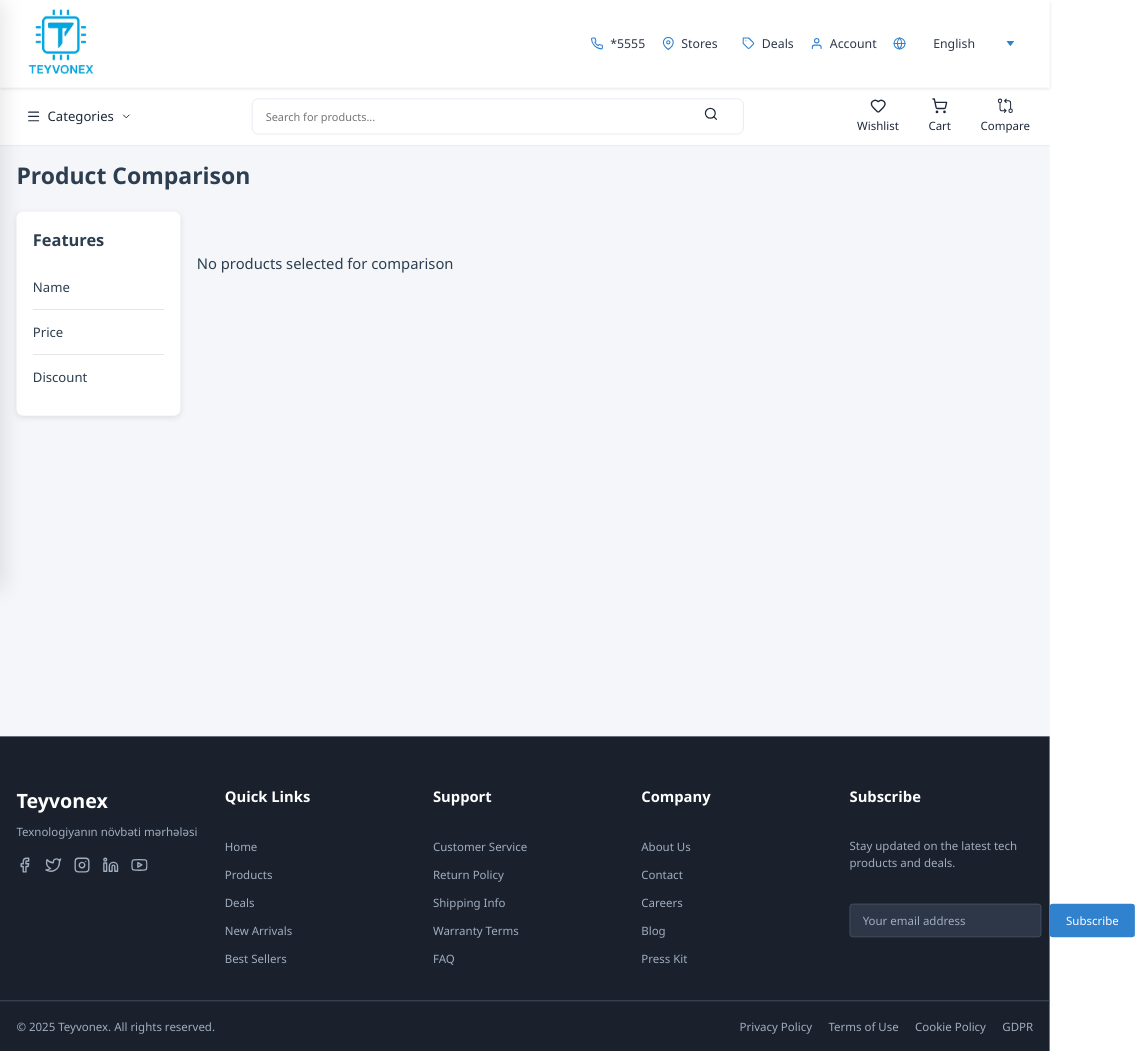
Repository: ferhadsultan98/e-commerce
Page: /compare
An editor plug-in stored every save of this project. The page is shown before and after the next save, followed by the edit.
The browser window is 1280 px wide. The page is 1384 px wide, so the pictures cover 1384 px, including what lies to the right of the window. The pictures show the whole page, at 82% of full size.
The page's requests for data from a server got no answer. The project was rebuilt for these pictures with package versions that can differ from the ones it lists, and the page was loaded fresh each time. No one was signed in, and anything a server would have sent is missing. Also part of the build but not shown: vite.config.js, src/admin/Components/AdminLogin/AdminLogin.scss, src/admin/Components/AdminLogin/AdminLogin.jsx, src/client/Pages/Products/ProductCard.jsx, src/client/Pages/Products/Products.jsx, src/client/Styles/TechSlider.scss, src/client/Pages/TechSlider/TechSlider.jsx, src/client/Styles/ProductFeatures.scss and 36 more.

Above is the page before, as saved 2025-04-26 21:01:18.

### index.html
<!doctype html>
<html lang="en">
  <head>
    <meta charset="UTF-8" />
<link rel="shortcut icon" href="/src/client/Assets/bluelogo.png" type="image/x-icon">
    <meta name="viewport" content="width=device-width, initial-scale=1.0" />
    <title>Teyvonex</title>
  </head>
  <body>
    <div id="root"></div>
    <script type="module" src="/src/main.jsx"></script>
  </body>
</html>

### src/App.jsx
import React, { useState, useEffect } from "react";
import "./App.scss";
import Router from "./Router";
import ChatWidget from "./client/Components/Chat/ChatWidget";
import ScrollButton from "./client/Components/ScrollButton/ScrollButton";
import { ToastContainer } from "react-toastify";
import 'react-toastify/dist/ReactToastify.css';

function App() {
  const [isAuthenticated, setIsAuthenticated] = useState(
    sessionStorage.getItem("isAuthenticated") === "true"
  );
  const [isAdmin, setIsAdmin] = useState(
    sessionStorage.getItem("isAdmin") === "true"
  );

  useEffect(() => {
    sessionStorage.setItem("isAuthenticated", isAuthenticated.toString());
    sessionStorage.setItem("isAdmin", isAdmin.toString());
  }, [isAuthenticated, isAdmin]);

  const handleLogin = (admin = false) => {
    setIsAuthenticated(true);
    if (admin) {
      setIsAdmin(true);
    }
  };

  const handleLogout = () => {
    setIsAuthenticated(false);
    setIsAdmin(false);
    sessionStorage.removeItem("isAuthenticated");
    sessionStorage.removeItem("isAdmin");
  };

  return (
    <>
      <Router
        isAuthenticated={isAuthenticated}
        isAdmin={isAdmin}
        handleLogin={handleLogin}
        handleLogout={handleLogout}
      />

      <ScrollButton />
      <ToastContainer />
    </>
  );
}

export default App;

### src/App.scss
*{
  margin: 0;
  padding: 0;
  box-sizing: border-box;
  font-family: 'Segoe UI', Tahoma, Geneva, Verdana, sans-serif;
}
body{
  background-color: #f5f7fa;
}

### src/client/Components/ScrollButton/ScrollButton.jsx
import React, { useState, useEffect } from "react";
import "../../Styles/ScrollButton.scss";
import { FaChevronUp } from "react-icons/fa";

const ScrollButton = () => {
  const [isVisible, setIsVisible] = useState(false);

  // Butonun görünürlüğünü kontrol et
  useEffect(() => {
    const toggleVisibility = () => {
      if (window.pageYOffset > 300) {
        setIsVisible(true);
      } else {
        setIsVisible(false);
      }
    };

    window.addEventListener("scroll", toggleVisibility);
    return () => window.removeEventListener("scroll", toggleVisibility);
  }, []);

  const scrollToTop = () => {
    const scrollStep = (timestamp) => {
      const start = performance.now();
      const duration = 800; // Animasyon süresi (ms)
      const easeInOutQuad = (t) => (t < 0.5 ? 2 * t * t : -1 + (4 - 2 * t) * t);

      const step = () => {
        const progress = Math.min((performance.now() - start) / duration, 1);
        const easing = easeInOutQuad(progress);
        window.scrollTo(0, (1 - easing) * window.pageYOffset);

        if (progress < 1) {
          requestAnimationFrame(step);
        }
      };

      requestAnimationFrame(step);
    };

    requestAnimationFrame(scrollStep);
  };

  return (
    <>
      {isVisible && (
        <button className="scroll-to-top" onClick={scrollToTop}>
          <FaChevronUp />
        </button>
      )}
    </>
  );
};

export default ScrollButton;

### src/client/Components/Layout/Layout.jsx
// Layout.jsx
import React from 'react';
import TopHeader from '../Header/TopHeader';
import BottomHeader from '../Header/BottomHeader';
import Footer from '../Footer/Footer';

const Layout = ({ children, onLogout, wishlistItems, cartItems, onAddToWishlist, onAddToCart }) => {
  return (
    <>
      <TopHeader onLogout={onLogout} />
      <BottomHeader
        wishlistItems={wishlistItems}
        cartItems={cartItems}
        onAddToWishlist={onAddToWishlist}
        onAddToCart={onAddToCart}
      />
      {children}
      <Footer />
    </>
  );
};

export default Layout;

### src/client/Components/ScrollToTop/ScrollToTop.jsx
import { useEffect } from "react";
import { useLocation } from "react-router-dom";

function ScrollToTop() {
  const { pathname } = useLocation();

  useEffect(() => {
    window.scrollTo({
      top: "0",
      behavior: "smooth",
    });
  }, [pathname]);

  return null;
}

export default ScrollToTop;

### src/client/Pages/ComparePage/ComparePage.jsx
// src/client/Pages/ComparePage/ComparePage.jsx
import React, { useState, useEffect } from 'react';
import { db, ref, get } from '../../../server/server';
import '../../Styles/ComparePage.scss';

const ComparePage = ({ compareItems, onRemoveFromCompare }) => {
  const [categories, setCategories] = useState([]);
  const [selectedCategory, setSelectedCategory] = useState('');
  const [differentCategories, setDifferentCategories] = useState(false);

  // Fetch categories from Firebase
  useEffect(() => {
    const fetchData = async () => {
      try {
        const categoriesRef = ref(db, 'categories');
        const categoriesSnapshot = await get(categoriesRef);

        if (categoriesSnapshot.exists()) {
          setCategories(categoriesSnapshot.val());
        }
      } catch (error) {
        console.error('Error fetching data:', error);
      }
    };
    fetchData();
  }, []);

  // Check if products are from different categories
  useEffect(() => {
    const uniqueCategories = new Set(compareItems.map(item => item.category));
    setDifferentCategories(uniqueCategories.size > 1);

    if (uniqueCategories.size === 1) {
      setSelectedCategory([...uniqueCategories][0]);
    } else {
      setSelectedCategory('');
    }
  }, [compareItems]);

  // Get all unique specification keys
  const getSpecKeys = () => {
    const specKeys = new Set();
    compareItems.forEach(product => {
      Object.keys(product.specifications || {}).forEach(key => specKeys.add(key));
    });
    return Array.from(specKeys);
  };

  // Compare specification values to determine similarity
  const compareSpecs = (key) => {
    const values = compareItems.map(product => product.specifications[key] || 'N/A');
    const allSame = values.every((val, i, arr) => val === arr[0]);
    return { values, allSame };
  };

  return (
    <div className="compare-page">
      <div className="compare-header">
        <h1>Product Comparison</h1>
        {differentCategories && (
          <div className="category-selector">
            <label htmlFor="category-select">Category: </label>
            <select
              id="category-select"
              value={selectedCategory}
              onChange={(e) => setSelectedCategory(e.target.value)}
            >
              <option value="">All Categories</option>
              {categories.map(category => (
                <option key={category.id} value={category.id}>
                  {category.name}
                </option>
              ))}
            </select>
          </div>
        )}
      </div>

      <div className="compare-content">
        <div className="features-column">
          <h3>Features</h3>
          <ul>
            <li className="feature-item">Name</li>
            <li className="feature-item">Price</li>
            <li className="feature-item">Discount</li>
            {getSpecKeys().map(key => (
              <li key={key} className="feature-item">
                {key.charAt(0).toUpperCase() + key.slice(1)}
              </li>
            ))}
          </ul>
        </div>

        <div className="products-column">
          <div className="product-list">
            {compareItems.length === 0 ? (
              <div className="empty-message">No products selected for comparison</div>
            ) : (
              compareItems
                .filter(product => !selectedCategory || product.category === selectedCategory)
                .map(product => (
                  <div key={product.id} className="product-card">
                    <div className="product-header">
                      <img src={product.image} alt={product.name} className="product-image" />
                      <button
                        className="remove-button"
                        onClick={() => onRemoveFromCompare(product.id)}
                      >
                        ✕
                      </button>
                    </div>
                    <div className="product-details">
                      <div className="detail-item">{product.name}</div>
                      <div className="detail-item">
                        {product.price} ₼ {product.discount && <span className="discount">({product.discount}% off)</span>}
                      </div>
                      <div className="detail-item">{product.discount || 'N/A'}</div>
                      {getSpecKeys().map(key => {
                        const { values, allSame } = compareSpecs(key);
                        const value = product.specifications[key] || 'N/A';
                        return (
                          <div
                            key={key}
                            className={`detail-item ${allSame && values[0] !== 'N/A' ? 'similar' : 'different'}`}
                          >
                            {value}
                          </div>
                        );
                      })}
                    </div>
                  </div>
                ))
            )}
          </div>
        </div>
      </div>
    </div>
  );
};

export default ComparePage;

### src/server/server.jsx
import { initializeApp } from "firebase/app";
import { getAuth, signInWithEmailAndPassword, signOut } from "firebase/auth";
import { getDatabase, ref, get } from "firebase/database";

// Firebase yapılandırma nesnesi
const firebaseConfig = {
  apiKey: "AIzaSyDEIrZLNzTa1p0Ct5gdnlhmZ9i8dx_0ldQ",
  authDomain: "e-commerce-c80cb.firebaseapp.com",
  databaseURL: "https://e-commerce-c80cb-default-rtdb.firebaseio.com", // <- BURADA databaseURL əlavə olundu!
  projectId: "e-commerce-c80cb",
  storageBucket: "e-commerce-c80cb.appspot.com",
  messagingSenderId: "860168402050",
  appId: "1:860168402050:web:8f6a47b7205814ce79b09b",
  measurementId: "G-2N2DQRXSTV"
};

// Firebase tətbiqini başlat
const app = initializeApp(firebaseConfig);

// Servisləri başlat
const auth = getAuth(app);
const db = getDatabase(app);

// Export
export {
  app,
  auth,
  db,
  signInWithEmailAndPassword,
  signOut,
  ref,
  get
};

### src/admin/Components/AdminLayout/AdminLayout.scss
// AdminLayout.scss
@import url("https://fonts.googleapis.com/css2?family=Poppins:wght@300;400;500;600;700&display=swap");
@import url("https://fonts.googleapis.com/icon?family=Material+Icons");

// Değişkenler
$primary-color: #3366ff;
$background-color: #f5f7fb;
$transition: all 0.3s ease;
$sidebar-width: 260px;
$sidebar-closed-width: 70px;

.admin-layout {
  display: flex;
  height: 100vh;
  position: relative;
}

.content-area {
  flex: 1;
  margin-left: $sidebar-width;
  transition: $transition;
  overflow-y: auto;
  padding: 20px;

  &.expanded {
    margin-left: $sidebar-closed-width;
  }
}

@media (max-width: 992px) {
  .content-area {
    margin-left: $sidebar-closed-width;

    &.expanded {
      margin-left: 0;
    }
  }
}

### src/client/Styles/TopHeader.scss
.header {
  width: 100%;
  top: 0;
  background-color: #ffffff;
  box-shadow: 0 2px 4px rgba(0, 0, 0, 0.1);
  position: relative;
}

.headerContainer {
  margin: 0 auto;
  display: flex;
  align-items: center;
  justify-content: space-between;
  padding: 10px 35px;
}

.headerLogo {
  display: flex;
  align-items: center;
  width: 80px;

  a {
    display: block;
  }

  img {
    width: 100%;
    height: auto;
    padding: 0;
  }
}

.headerNav {
  display: flex;
  align-items: center;
  gap: 30px;

  @media screen and (max-width: 992px) {
    display: none;
  }
}

.headerContact,
.headerUtils,
.headerMobileContact,
.headerMobileUtils {
  display: flex;
  align-items: center;
  gap: 20px;
}

.headerLink {
  display: flex;
  align-items: center;
  gap: 8px;
  color: #2d3748;
  text-decoration: none;
  font-size: 15px;
  font-weight: 500;
  transition: color 0.3s ease;

  svg {
    color: #3182ce;
  }

  &:hover {
    color: #3182ce;
  }
}

.headerLanguage {
  display: flex;
  align-items: center;
  gap: 8px;
  position: relative;

  svg {
    color: #3182ce;
    z-index: 1;
  }

  select {
    appearance: none;
    background-color: transparent;
    border: none;
    padding: 5px 25px 5px 25px;
    font-size: 15px;
    font-weight: 500;
    color: #2d3748;
    cursor: pointer;
    outline: none;

    &:focus {
      color: #3182ce;
    }
  }

  &::after {
    content: "";
    width: 0.6em;
    height: 0.4em;
    background-color: #3182ce;
    clip-path: polygon(100% 0%, 0 0%, 50% 100%);
    position: absolute;
    right: 8px;
    pointer-events: none;
  }
}

.headerMobileToggle {
  display: none;
  background: none;
  border: none;
  cursor: pointer;
  color: #2d3748;

  @media screen and (max-width: 992px) {
    display: block;
  }
}

.headerMobileNav {
  display: flex;
  opacity: 0;
  transform: translateY(-20px);
  pointer-events: none;
  background-color: #ffffff;
  padding: 20px;
  flex-direction: column;
  gap: 20px;
  box-shadow: 0 4px 6px rgba(0, 0, 0, 0.1);
  transition: opacity 0.3s ease, transform 0.3s ease;
  position: absolute;
  top: 100%;
  left: 0;
  right: 0;
  z-index: 1000;

  &.active {
    opacity: 1;
    transform: translateY(0);
    pointer-events: auto;
  }

  @media screen and (min-width: 993px) {
    display: none;
  }
}

/* Responsive Styles */
@media screen and (max-width: 768px) {
  .headerContainer {
    padding: 10px 15px;
  }

  .headerLogo img {
    width: 50px;
  }

  .headerMobileNav {
    padding: 15px;
  }

  .headerLink {
    font-size: 14px;
  }
}

@media screen and (max-width: 576px) {
  .headerLogo img {
    width: 45px;
  }

  .headerMobileContact,
  .headerMobileUtils {
    flex-direction: column;
    align-items: flex-start;
    gap: 15px;
  }

  .headerLink {
    font-size: 13px;
  }

  .headerLanguage select {
    font-size: 13px;
  }
}

Loaded but not shown: src/main.jsx (common file); src/index.css (common file); src/client/Pages/Products/Products.json (1077 lines, source omitted); src/Router.jsx (342 lines, source omitted); src/client/Components/Header/BottomHeader.jsx (276 lines, source omitted); src/client/Styles/BottomHeader.scss (491 lines, source omitted); src/client/Styles/Products.scss (474 lines, source omitted); src/admin/Pages/AdminProducts/AdminProducts.scss (400 lines, source omitted); src/client/Components/Footer/Footer.jsx (176 lines, source omitted); src/client/Styles/ComparePage.scss (213 lines, source omitted); src/client/Styles/Footer.scss (254 lines, source omitted); src/client/Components/Header/TopHeader.jsx (114 lines, source omitted)

After the next save:
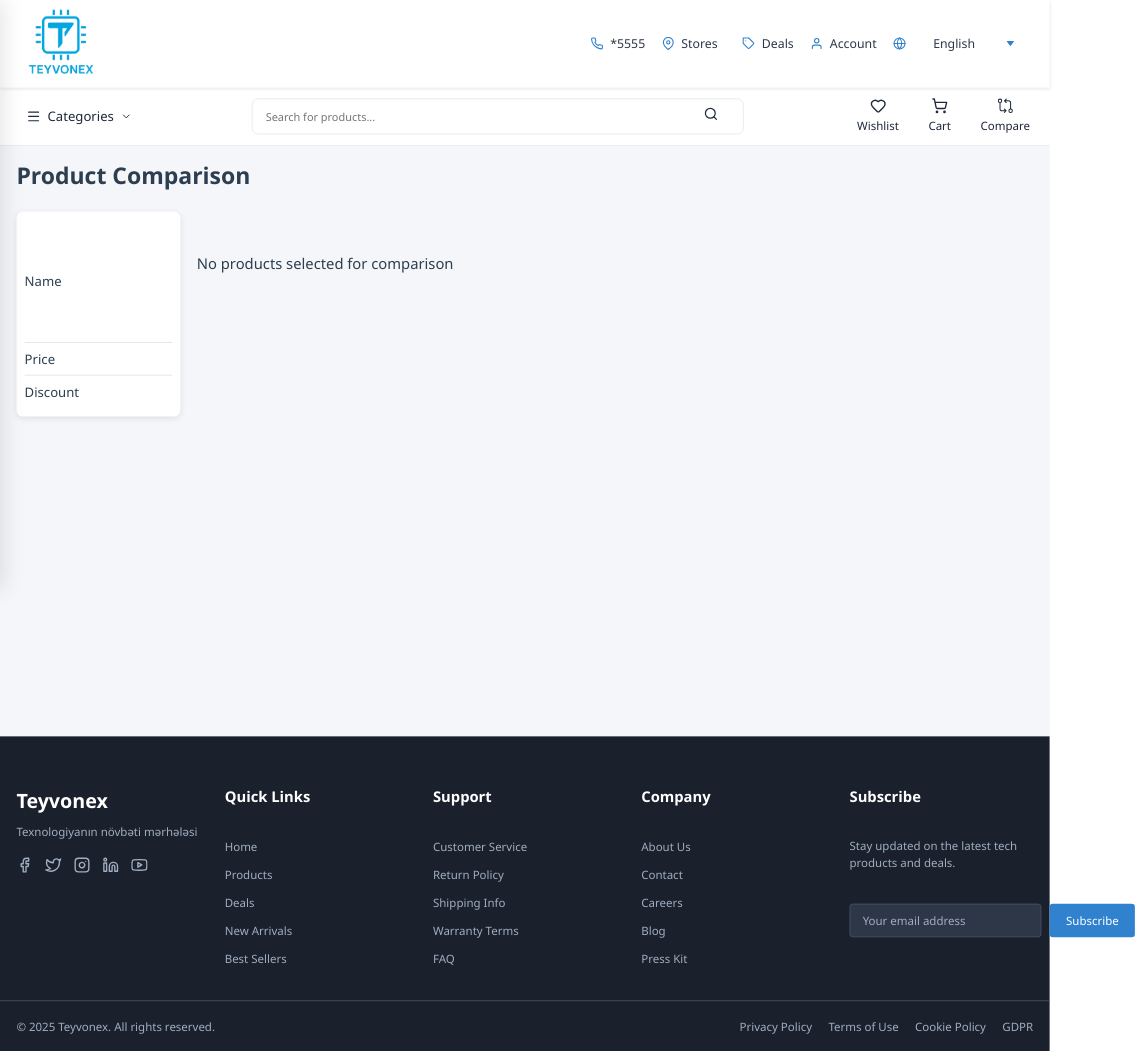
Saved 56 min 45 s later.
--- a/src/client/Pages/ComparePage/ComparePage.jsx
+++ b/src/client/Pages/ComparePage/ComparePage.jsx
@@ -1,4 +1,3 @@
-// src/client/Pages/ComparePage/ComparePage.jsx
 import React, { useState, useEffect } from 'react';
 import { db, ref, get } from '../../../server/server';
 import '../../Styles/ComparePage.scss';
@@ -25,7 +24,7 @@ const ComparePage = ({ compareItems, onRemoveFromCompare }) => {
     fetchData();
   }, []);
 
-  // Check if products are from different categories
+  // Check if products are from different categories and set the default category
   useEffect(() => {
     const uniqueCategories = new Set(compareItems.map(item => item.category));
     setDifferentCategories(uniqueCategories.size > 1);
@@ -53,20 +52,25 @@ const ComparePage = ({ compareItems, onRemoveFromCompare }) => {
     return { values, allSame };
   };
 
+  // Filter categories to only show those present in compareItems
+  const relevantCategories = categories.filter(category =>
+    compareItems.some(item => item.category === category.id)
+  );
+
   return (
     <div className="compare-page">
       <div className="compare-header">
         <h1>Product Comparison</h1>
         {differentCategories && (
-          <div className="category-selector">
-            <label htmlFor="category-select">Category: </label>
+          <div className="category-selector" style={{ position: 'absolute', right: '20px', top: '20px' }}>
+            <label htmlFor="category-select">Filter by Category: </label>
             <select
               id="category-select"
               value={selectedCategory}
               onChange={(e) => setSelectedCategory(e.target.value)}
             >
               <option value="">All Categories</option>
-              {categories.map(category => (
+              {relevantCategories.map(category => (
                 <option key={category.id} value={category.id}>
                   {category.name}
                 </option>
@@ -76,45 +80,45 @@ const ComparePage = ({ compareItems, onRemoveFromCompare }) => {
         )}
       </div>
 
-      <div className="compare-content">
-        <div className="features-column">
-          <h3>Features</h3>
-          <ul>
-            <li className="feature-item">Name</li>
-            <li className="feature-item">Price</li>
-            <li className="feature-item">Discount</li>
+      <div className="compare-content" style={{ display: 'flex', flexDirection: 'row' }}>
+        <div className="features-column" style={{ width: '200px', padding: '10px' }}>
+          <ul style={{ listStyle: 'none', padding: 0, margin: 0 }}>
+            <li className="feature-item" style={{ height: '150px', display: 'flex', alignItems: 'center' }}>Name</li>
+            <li className="feature-item" style={{ height: '40px', display: 'flex', alignItems: 'center' }}>Price</li>
+            <li className="feature-item" style={{ height: '40px', display: 'flex', alignItems: 'center' }}>Discount</li>
             {getSpecKeys().map(key => (
-              <li key={key} className="feature-item">
+              <li key={key} className="feature-item" style={{ height: '40px', display: 'flex', alignItems: 'center' }}>
                 {key.charAt(0).toUpperCase() + key.slice(1)}
               </li>
             ))}
           </ul>
         </div>
 
-        <div className="products-column">
-          <div className="product-list">
+        <div className="products-column" style={{ display: 'flex', flexDirection: 'row', flex: 1 }}>
+          <div className="product-list" style={{ display: 'flex', flexDirection: 'row' }}>
             {compareItems.length === 0 ? (
               <div className="empty-message">No products selected for comparison</div>
             ) : (
               compareItems
                 .filter(product => !selectedCategory || product.category === selectedCategory)
                 .map(product => (
-                  <div key={product.id} className="product-card">
-                    <div className="product-header">
-                      <img src={product.image} alt={product.name} className="product-image" />
+                  <div key={product.id} className="product-card" style={{ width: '200px', margin: '0 10px' }}>
+                    <div className="product-header" style={{ height: '150px', position: 'relative' }}>
+                      <img src={product.image} alt={product.name} className="product-image" style={{ width: '100%', height: '100%', objectFit: 'contain' }} />
                       <button
                         className="remove-button"
                         onClick={() => onRemoveFromCompare(product.id)}
+                        style={{ position: 'absolute', top: '5px', right: '5px', background: 'red', color: 'white', border: 'none', borderRadius: '50%', width: '20px', height: '20px' }}
                       >
                         ✕
                       </button>
                     </div>
                     <div className="product-details">
-                      <div className="detail-item">{product.name}</div>
-                      <div className="detail-item">
+                      <div className="detail-item" style={{ height: '40px', display: 'flex', alignItems: 'center' }}>{product.name}</div>
+                      <div className="detail-item" style={{ height: '40px', display: 'flex', alignItems: 'center' }}>
                         {product.price} ₼ {product.discount && <span className="discount">({product.discount}% off)</span>}
                       </div>
-                      <div className="detail-item">{product.discount || 'N/A'}</div>
+                      <div className="detail-item" style={{ height: '40px', display: 'flex', alignItems: 'center' }}>{product.discount || 'N/A'}</div>
                       {getSpecKeys().map(key => {
                         const { values, allSame } = compareSpecs(key);
                         const value = product.specifications[key] || 'N/A';
@@ -122,6 +126,7 @@ const ComparePage = ({ compareItems, onRemoveFromCompare }) => {
                           <div
                             key={key}
                             className={`detail-item ${allSame && values[0] !== 'N/A' ? 'similar' : 'different'}`}
+                            style={{ height: '40px', display: 'flex', alignItems: 'center', backgroundColor: allSame && values[0] !== 'N/A' ? '#e0ffe0' : '#ffe0e0' }}
                           >
                             {value}
                           </div>
